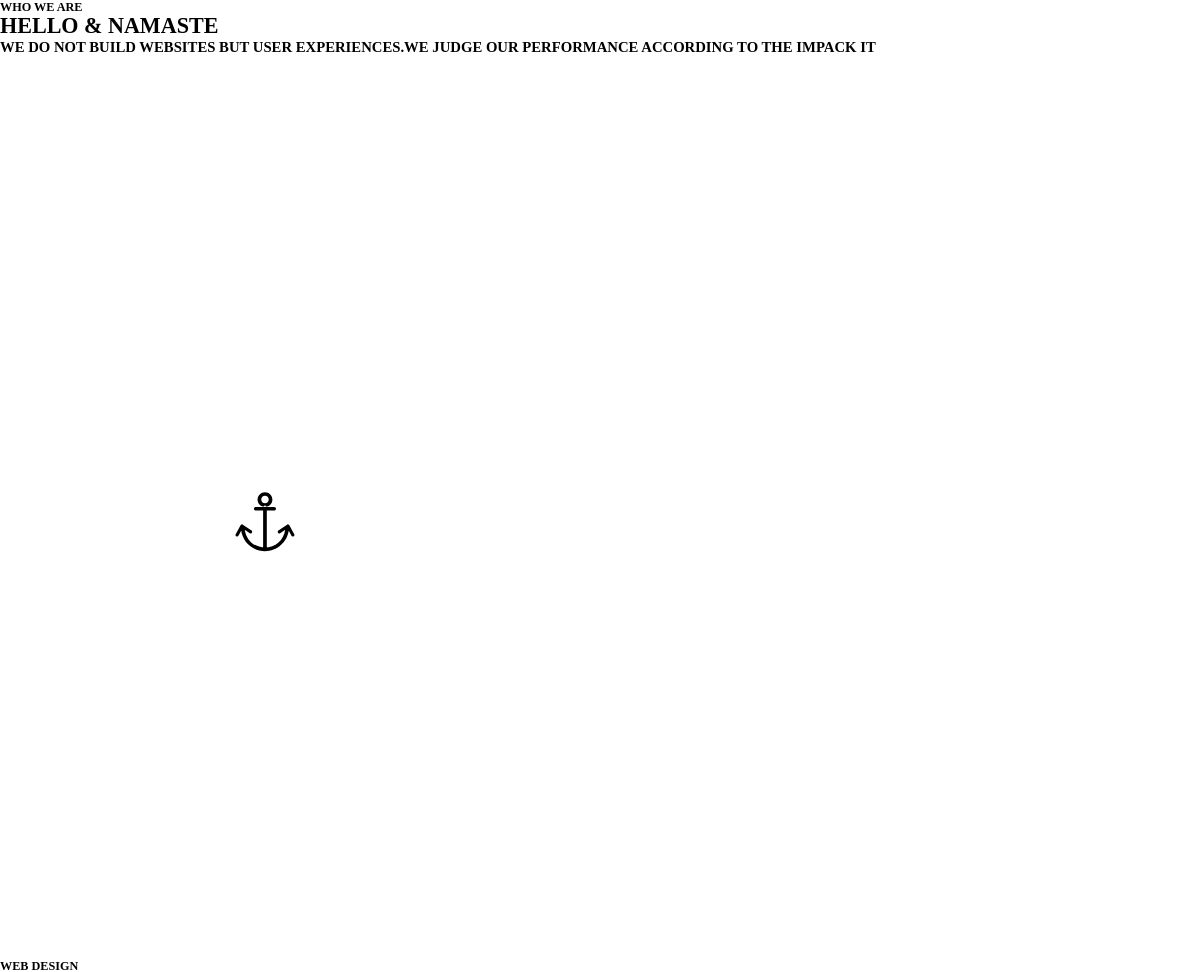
Repository: shpakovskaya/github.io
Page: boxsizing/namastegreen/index.html
The author's editor kept a copy of each file at every save. The page is drawn from the files as they stood at one save, then again after the next save.
The browser window is 1280 px wide. The pictures show the whole page, at 92% of full size.

Above is the page before, as saved 2021-11-17 20:47:22.

### boxsizing/namastegreen/index.html
<!DOCTYPE html>
<html lang="en">
  <head>
    <meta charset="UTF-8" />
    <meta http-equiv="X-UA-Compatible" content="IE=edge" />
    <meta name="viewport" content="width=device-width, initial-scale=1.0" />
    <title>namaste_green</title>
    <link
      rel="stylesheet"
      href="https://cdnjs.cloudflare.com/ajax/libs/normalize/8.0.1/normalize.min.css"
      integrity="sha512-NhSC1YmyruXifcj/KFRWoC561YpHpc5Jtzgvbuzx5VozKpWvQ+4nXhPdFgmx8xqexRcpAglTj9sIBWINXa8x5w=="
      crossorigin="anonymous"
      referrerpolicy="no-referrer"
    />
    <link
      rel="shortcut icon"
      href="./free-icon-sahasrara-5937794.ico"
      type="image/x-icon"
    />
    <link rel="stylesheet" href="./montserrat/Montserrat-Regular.ttf" />
    <link rel="stylesheet" href="./style.css" />
  </head>
  <body>
    <div class="conteiner">
      <!-- Header -->
      <header class="header">
        <header class="header__wrapper">
          <h5 class="e-header__one">WHO WE ARE</h5>
          <h2 class="e-header__two">HELLO & NAMASTE</h2>
          <h4 class="e-header__three">
            WE DO NOT BUILD WEBSITES BUT USER EXPERIENCES.WE JUDGE OUR
            PERFORMANCE ACCORDING TO THE IMPACK IT
          </h4>
        </header>
      </header>
      <!-- Main content -->
      <div class="wrapper">
        <div class="c-wrapper__anchor">
          <div class="e-wrapper__anchor">
            <svg
              version="1.2"
              baseprofile="tiny-ps"
              xmlns="http://www.w3.org/2000/svg"
              viewbox="0 0 1280 976"
              width="1280"
              height="976"
            >
              <path
                id="Anchor"
                class="shp0"
                d="M288 538.19C274.76 538.19 263.62 528.29 262.08 515.16C261.95 514.06 262.73 513.07 263.83 512.94C264.92 512.8 265.92 513.59 266.05 514.69C267.35 525.81 276.79 534.19 288 534.19C299.19 534.19 308.63 525.82 309.95 514.73C310.08 513.63 311.07 512.84 312.17 512.98C313.27 513.11 314.06 514.1 313.92 515.2C312.36 528.31 301.22 538.19 288 538.19ZM288 537.68C286.89 537.68 286 536.79 286 535.68L286 490.56C286 489.45 286.89 488.56 288 488.56C289.1 488.56 290 489.45 290 490.56L290 535.68C290 536.79 289.1 537.68 288 537.68ZM288.03 477.94C290.27 477.94 292.09 479.76 292.09 482C292.09 484.24 290.27 486.06 288.03 486.06C285.79 486.06 283.97 484.24 283.97 482C283.97 479.76 285.79 477.94 288.03 477.94M288.03 473.94C283.58 473.94 279.97 477.55 279.97 482C279.97 486.45 283.58 490.06 288.03 490.06C292.48 490.06 296.09 486.45 296.09 482C296.09 477.55 292.48 473.94 288.03 473.94L288.03 473.94ZM312.4 513.16L304.49 518.54C303.81 518.97 302.89 518.95 302.48 518.25L302.07 517.8C301.67 517.1 301.89 516.18 302.57 515.74L311.67 509.6C311.68 509.59 311.69 509.58 311.7 509.57L312.32 509.17C312.66 508.95 313.05 508.9 313.4 508.99C313.76 509.07 314.09 509.3 314.29 509.65L314.66 510.28C314.67 510.3 314.66 510.31 314.67 510.32L319.81 519.78C320.22 520.48 320 521.39 319.32 521.83L318.75 522.05C318.07 522.48 317.23 522.09 316.82 521.39L312.4 513.16ZM259.18 521.39C258.77 522.09 257.93 522.48 257.25 522.05L256.68 521.83C256 521.39 255.78 520.48 256.19 519.78L261.33 510.32C261.34 510.31 261.33 510.3 261.34 510.28L261.71 509.65C261.91 509.3 262.24 509.07 262.6 508.99C262.95 508.9 263.34 508.95 263.68 509.17L264.3 509.57C264.31 509.58 264.32 509.59 264.33 509.6L273.43 515.74C274.11 516.18 274.33 517.1 273.93 517.8L273.52 518.25C273.11 518.95 272.19 518.97 271.51 518.54L263.6 513.16L259.18 521.39ZM278 490L298 490C299.1 490 300 490.89 300 492C300 493.1 299.1 494 298 494L278 494C276.9 494 276 493.1 276 492C276 490.89 276.9 490 278 490Z"
              />
            </svg>
          </div>
          <div class="title">
            <h5 class="title__anchor">WEB DESIGN</h5>
          </div>
          <div class="text__anchor">
            <span></span>
          </div>
        </div>
      </div>
    </div>
  </body>
</html>

### boxsizing/namastegreen/style.css
* {
  margin: 0;
  padding: 0;
  box-sizing: border-box;
}

.conteiner {
  max-width: 1280px;
  max-height: 976px;
}

#Anchor:hover {
  fill: blue;
}

After the next save:
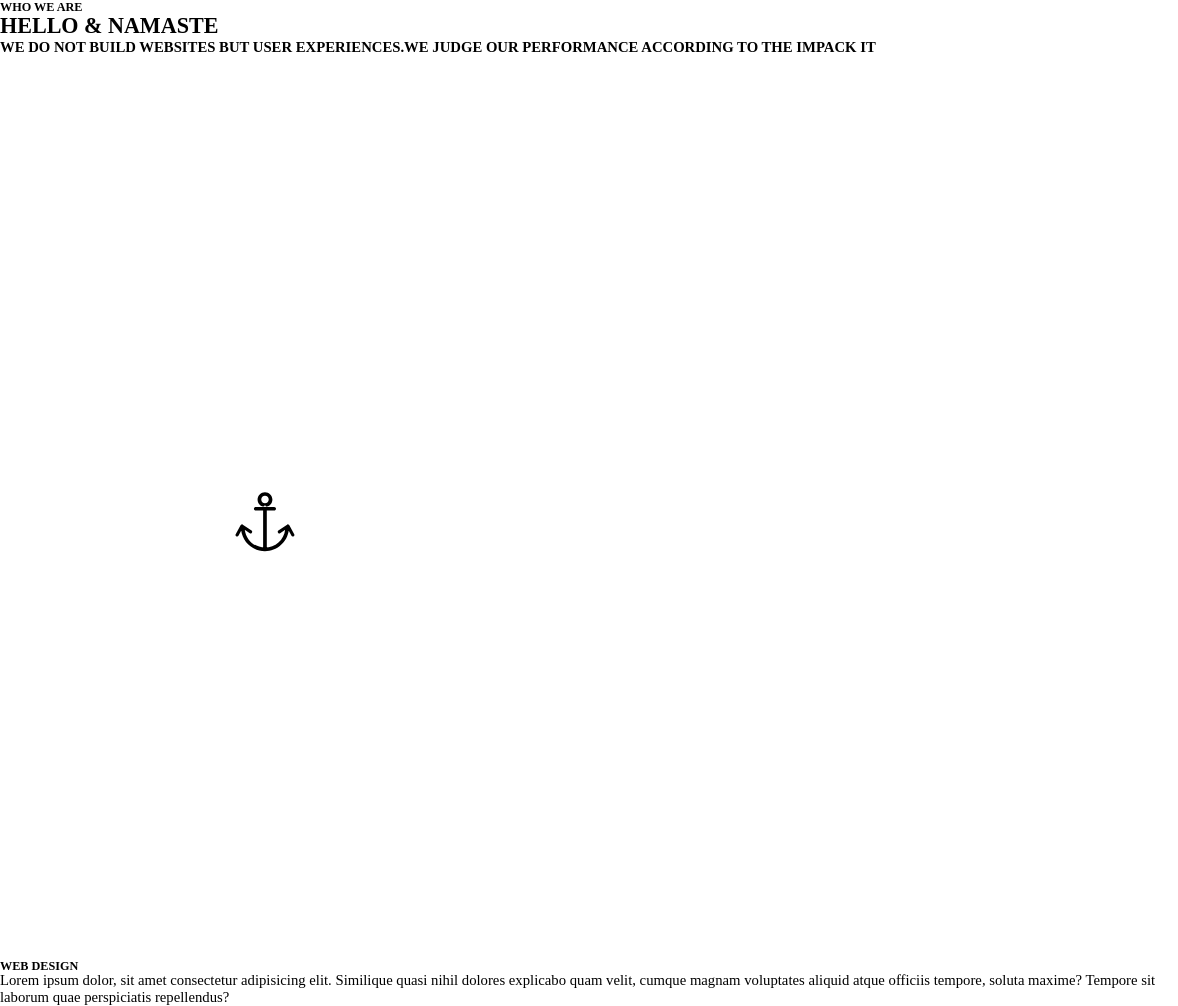
Saved 35 s later.
--- a/boxsizing/namastegreen/index.html
+++ b/boxsizing/namastegreen/index.html
@@ -56,7 +56,12 @@
             <h5 class="title__anchor">WEB DESIGN</h5>
           </div>
           <div class="text__anchor">
-            <span></span>
+            <span
+              >Lorem ipsum dolor, sit amet consectetur adipisicing elit.
+              Similique quasi nihil dolores explicabo quam velit, cumque magnam
+              voluptates aliquid atque officiis tempore, soluta maxime? Tempore
+              sit laborum quae perspiciatis repellendus?</span
+            >
           </div>
         </div>
       </div>
